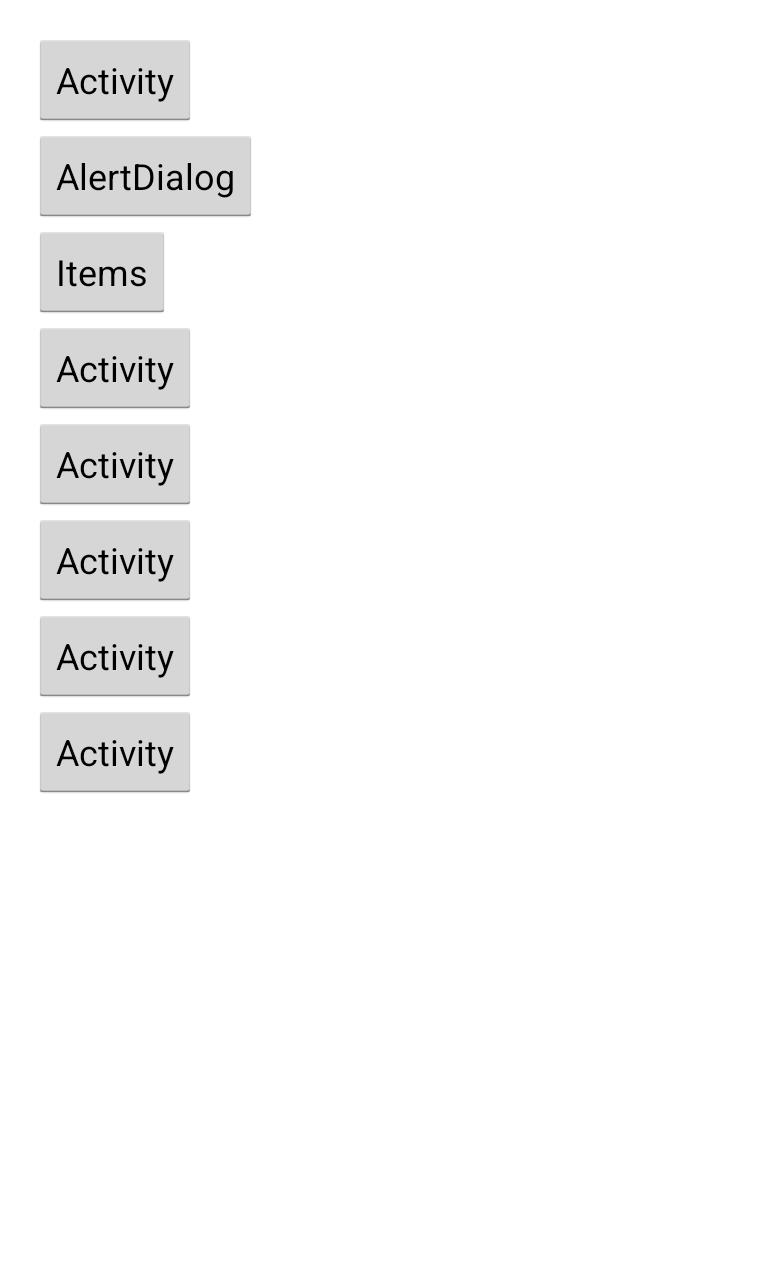
Repository: felipemfp/android-workspace
Layout: Aula05/res/layout/activity_main.xml
These files come from the project's save history. The layout is drawn as it stood at one moment and after the next save; the edit follows.
It is drawn on a 768 x 1280 px phone screen (xhdpi) without system bars, with theme AppTheme; the app's code is not run.

Above is the layout before, as saved 2015-12-15 11:54:24.

After the next save:
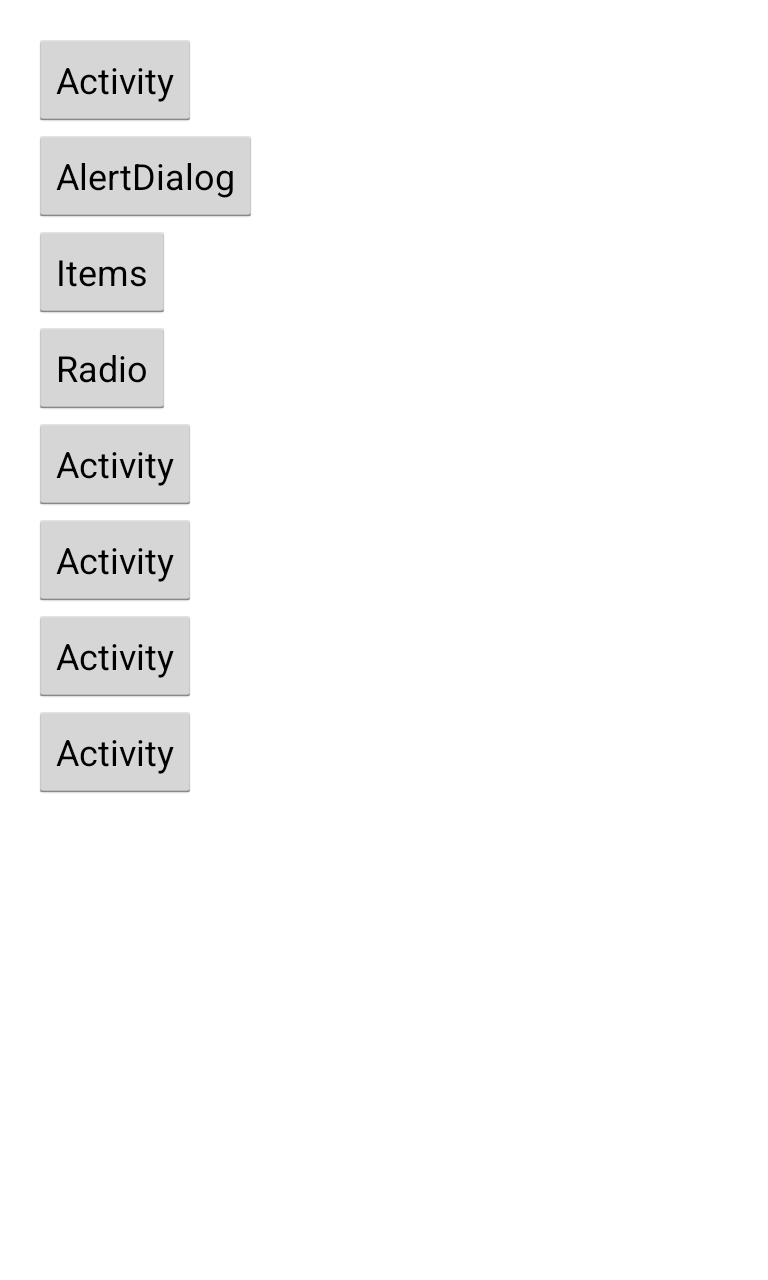
Saved 5 s later.
--- a/Aula05/res/layout/activity_main.xml
+++ b/Aula05/res/layout/activity_main.xml
@@ -32,7 +32,7 @@
    	<Button
    	    android:layout_width="wrap_content"
    	    android:layout_height="wrap_content"
-   	    android:text="Activity"
+   	    android:text="Radio"
    	   	android:id="@+id/btnDialog3"/>
 
    	<Button
